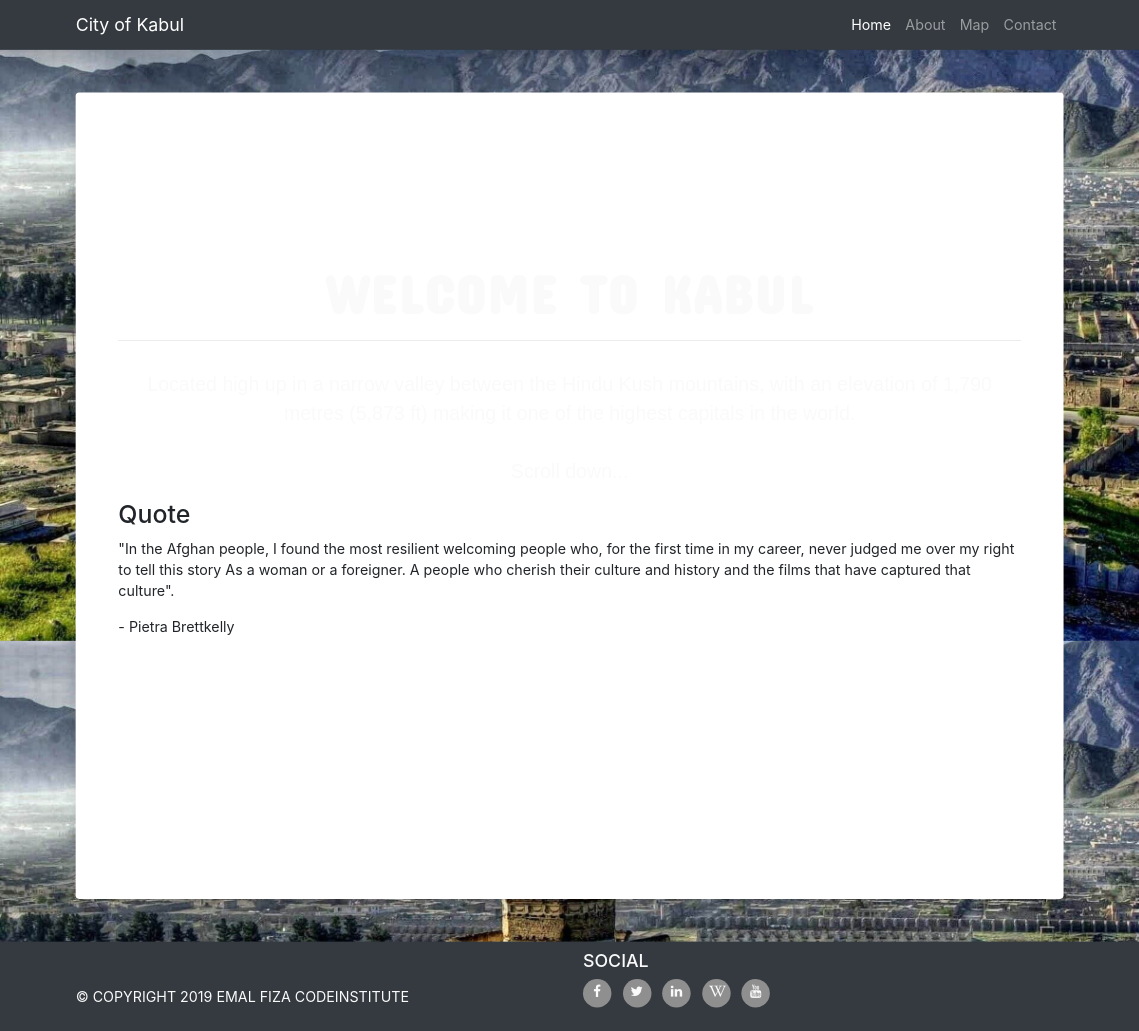
Repository: emalfiza/project-kabul
Page: index.html
The author's editor kept a record of every edit. The page is drawn from the files as they stood at one moment, then again after the next edit.
The browser window is 1280 px wide. The pictures show the whole page, at 89% of full size.
Backgrounds fixed to the window are drawn as part of the page. Some web fonts or font styles are not loaded; a fallback is used. Some web libraries are served in a nearby version.

Above is the page before.

After the next edit:
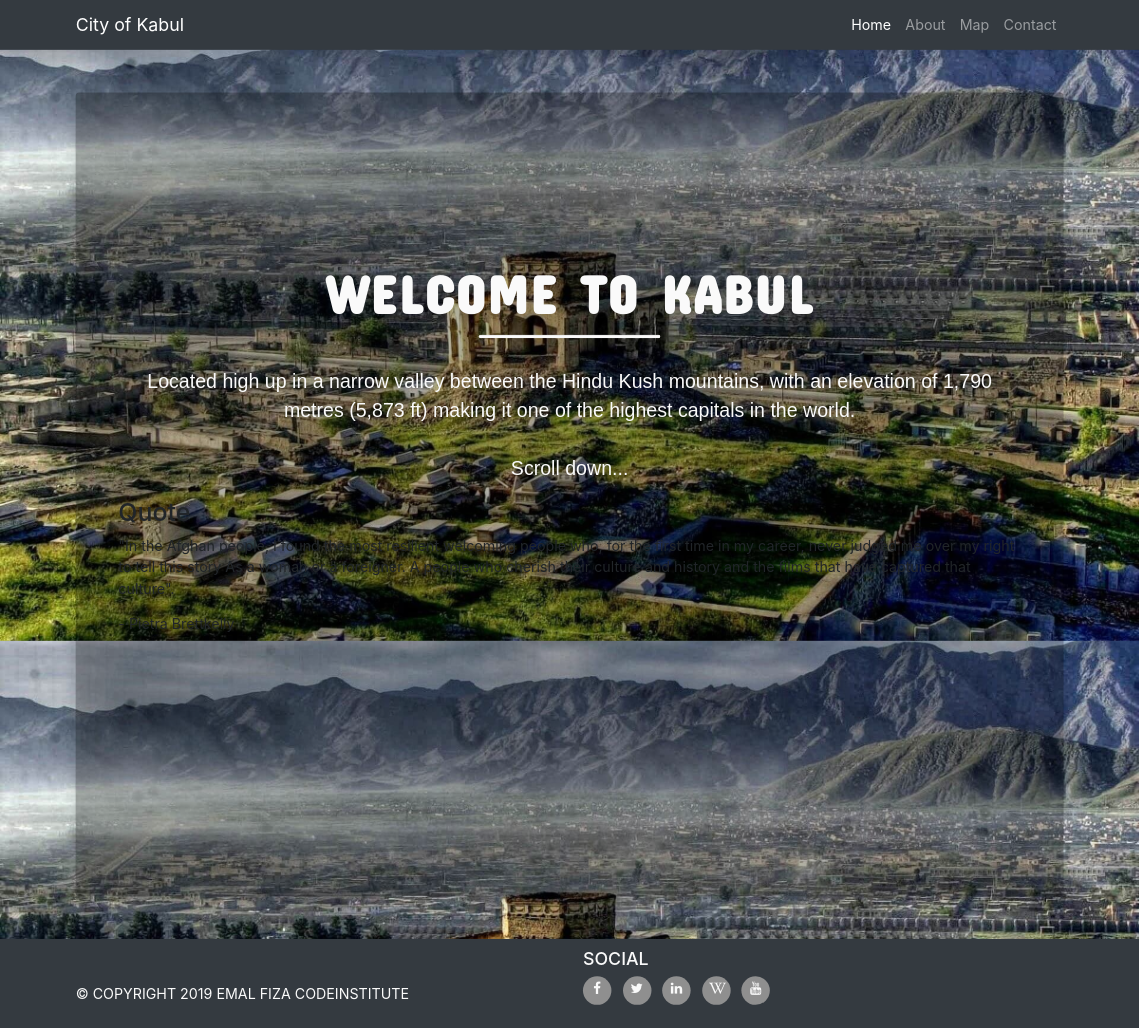
The edit:
--- a/assets/css/style.css
+++ b/assets/css/style.css
@@ -58,6 +58,25 @@
 .section-heading {
   font-family: "Concert One", sans-serif;
   text-align: center;
+}
+
+hr {
+  width: 20%;
+  display: block;
+  margin-top: 0.5em;
+  margin-bottom: 0.5em;
+  margin-left: auto;
+  margin-right: auto;
+  border-style: double;
+  border-width: 1px;
+  border-radius: 2px;
+  height: 2px;
+  color: #fafafa;
+  background-color: #fafafa;
+}
+
+.card {
+  background-color: rgba(0, 0, 0, 0.3);
 }
 
 /* --Main content-----------------------------------------------*/
